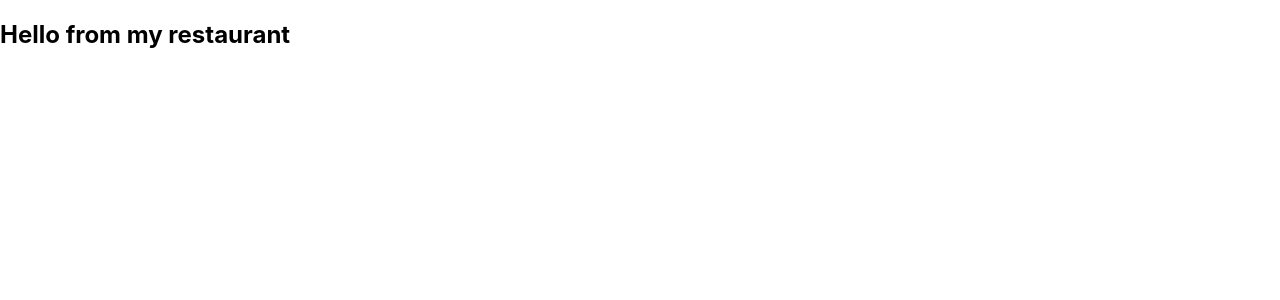
Repository: FS-23/my-restaurant
Page: /
These files come from the project's save history. The page is drawn as it stood at one moment and after the next save; the edit follows.
The browser window is 1280 px wide. The pictures show the whole page.
The project was rebuilt for these pictures with package versions that can differ from the ones it lists, and the page was loaded fresh each time.

Above is the page before, as saved 2022-04-29 13:25:38.

After the next save:
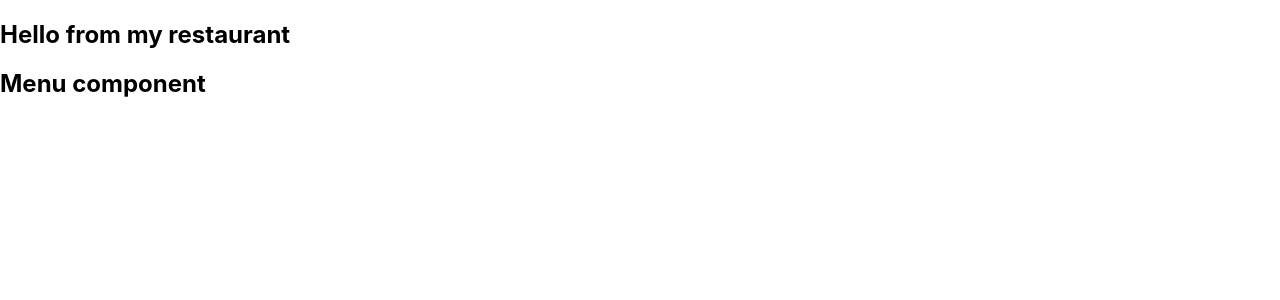
Saved 12 s later.
--- a/src/App.js
+++ b/src/App.js
@@ -3,7 +3,7 @@ function App() {
   return (
     <div className="App">
         <h2>Hello from my restaurant</h2>
-
+        <Menu ></Menu>
     </div>
   );
 }
